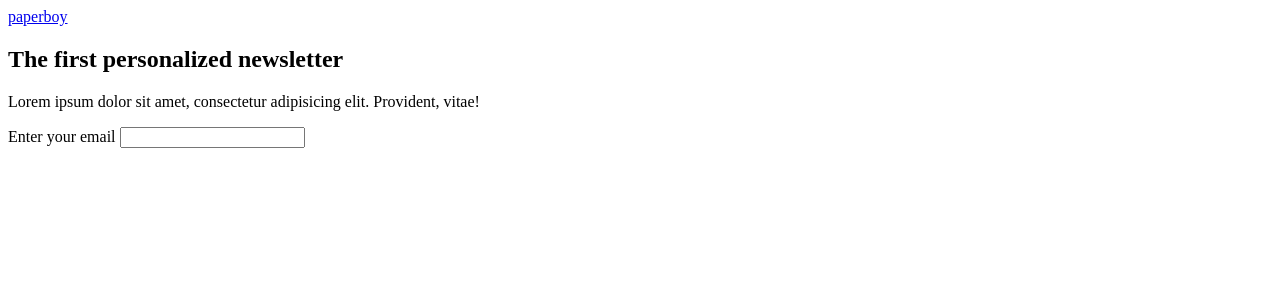
Repository: Gionnn/proiecte
Page: index.html
The author's editor kept a copy of each file at every save. The page is drawn from the files as they stood at one save, then again after the next save.
The browser window is 1280 px wide. The pictures show the whole page.

Above is the page before, as saved 2022-11-28 10:47:39.

After the next save:
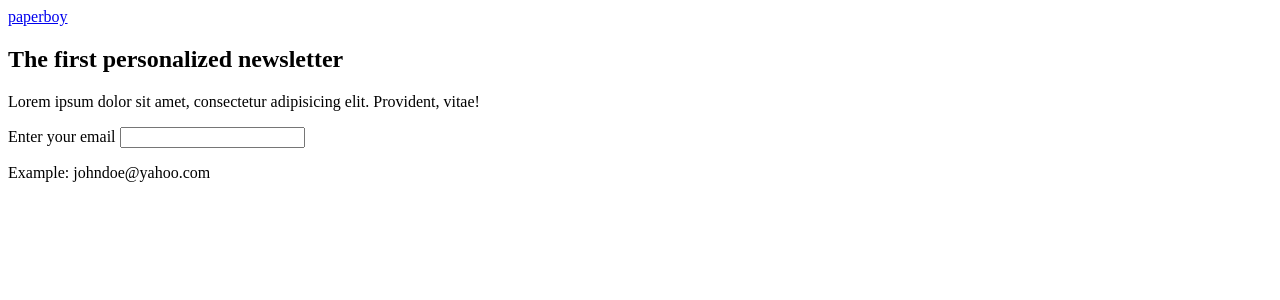
Saved 52 s later.
--- a/index.html
+++ b/index.html
@@ -24,6 +24,7 @@
           <form action="">
             <label for="email">Enter your email</label>
             <input type="text" name="email" id="email" />
+            <p>Example: johndoe@yahoo.com</p>
           </form>
         </div>
       </section>
